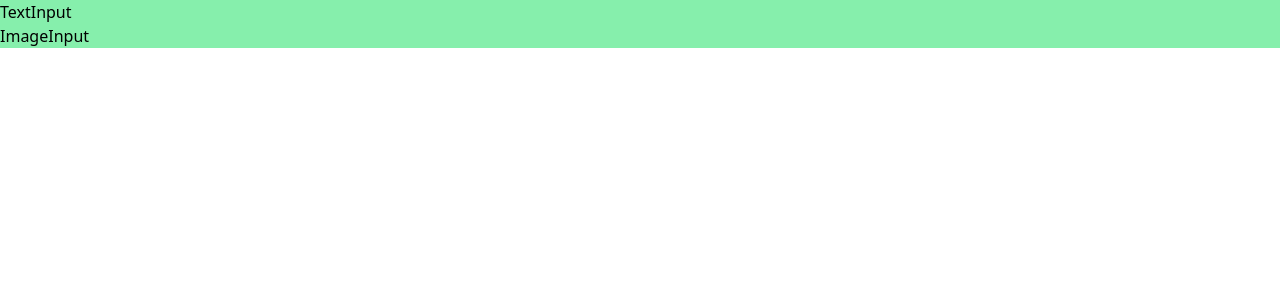
Repository: Marhamat92/booksappwithcontext
Page: /
The author's editor kept a copy of each file at every save. The page is drawn from the files as they stood at one save, then again after the next save.
The browser window is 1280 px wide. The pictures show the whole page.
The project was rebuilt for these pictures with package versions that can differ from the ones it lists, and the page was loaded fresh each time. Also part of the build but not shown: src/App.css.

Above is the page before, as saved 2022-12-07 13:47:17.

After the next save:
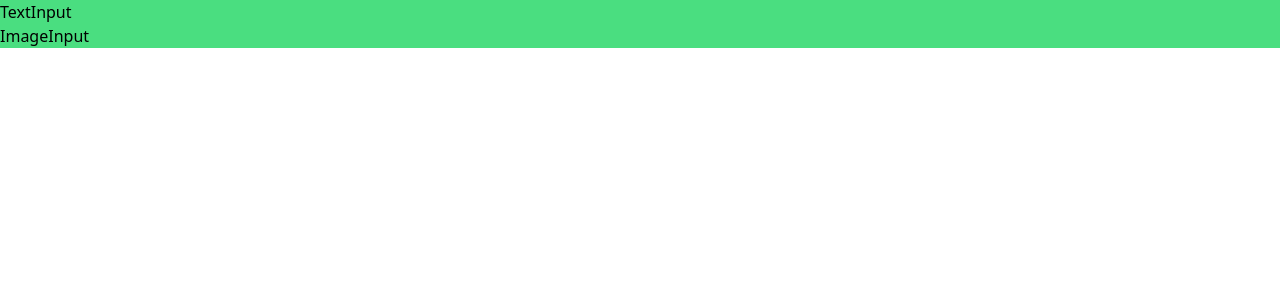
Saved 6 s later.
--- a/src/App.tsx
+++ b/src/App.tsx
@@ -5,7 +5,7 @@ import TextInput from "./components/Inputs/TextInput";
 function App() {
   return (
     <div>
-      <div className='bg-green-300'>
+      <div className='bg-green-400'>
         <TextInput />
         <ImageInput />
       </div>
